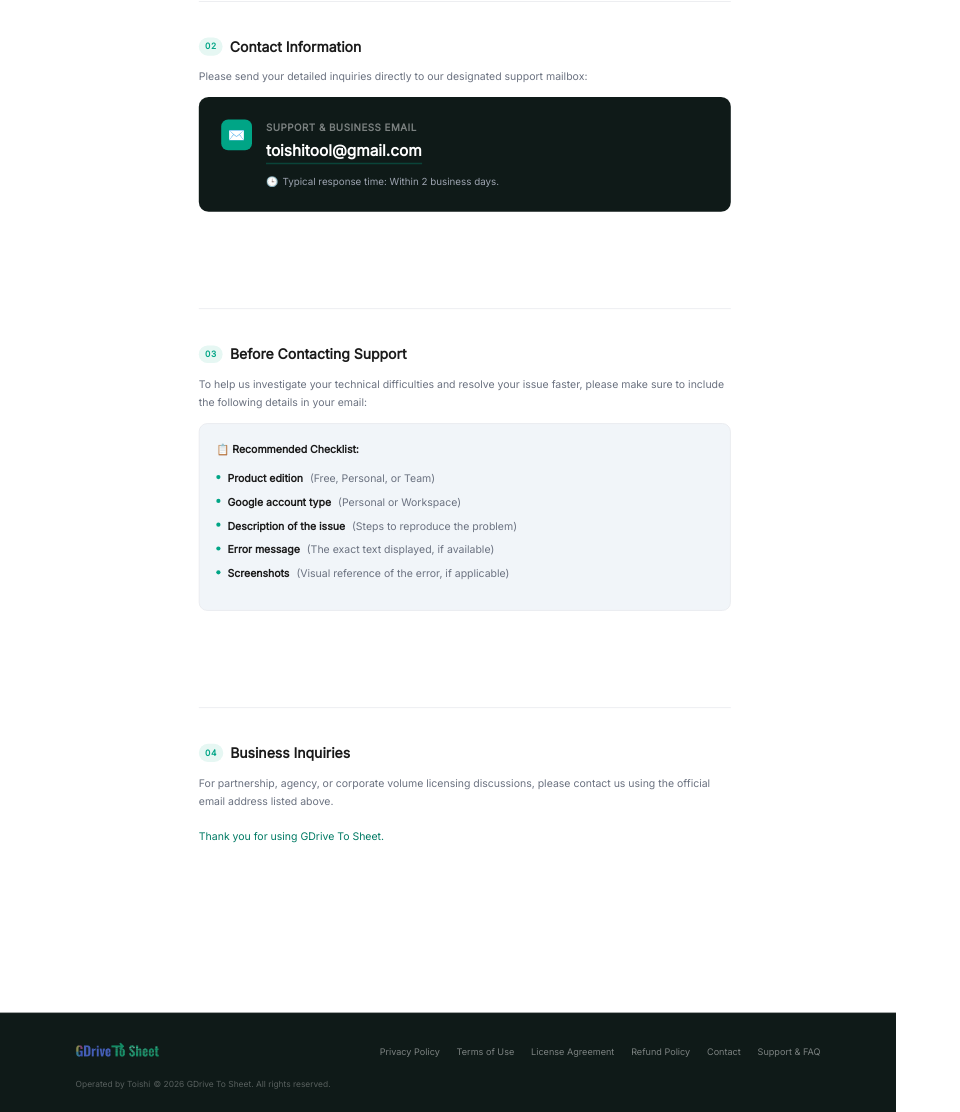
Repository: toishitool/gdrive-to-sheet
Page: contact.html
These files come from the project's save history. The page is drawn as it stood at one moment and after the next save; the edit follows.
The browser window is 1280 px wide. The page is 1372 px wide, so the pictures cover 1372 px, including what lies to the right of the window. The pictures show the part of the page from y = 841 to 2601 px (the page is 2430 px tall before and 2601 px after), at 70% of full size.

Above is the page before, as saved 2026-06-21 10:28:19.

### contact.html
<!DOCTYPE html>
<html lang="en" class="scroll-smooth">
<head>
  <meta charset="UTF-8" />
  <meta name="viewport" content="width=device-width, initial-scale=1.0" />
  <title>Contact Us – GDrive To Sheet</title>
  <meta name="description" content="Contact support for GDrive To Sheet. Get help with product features, licensing, technical issues, refunds, and business inquiries." />
  <meta name="robots" content="noindex" />
  <link rel="canonical" href="https://toishitool.github.io/gdrive-to-sheet/contact.html" />

  <link rel="preconnect" href="https://fonts.googleapis.com" />
  <link rel="preconnect" href="https://fonts.gstatic.com" crossorigin />
  <link href="https://fonts.googleapis.com/css2?family=Inter:wght=300;400;500;600;700;800&display=swap" rel="stylesheet" />

  <link rel="stylesheet" href="style.css">
</head>
<body>

<nav class="global-nav" aria-label="Main navigation">
  <div class="nav-inner">
    <a href="index.html" class="nav-logo">
      <img src="images/logo_gdrivetosheet.png" alt="GDrive To Sheet" />
    </a>
    <a href="index.html" class="nav-back">
      <svg width="14" height="14" fill="none" stroke="currentColor" stroke-width="2.5" viewBox="0 0 24 24"><polyline points="15 18 9 12 15 6"/></svg>
      Back to Home
    </a>
  </div>
</nav>

<main>
  <div class="page-wrap">

    <header class="page-header">
      <span class="eyebrow">Support &amp; Inquiry</span>
      <h1>Contact</h1>
      <div class="meta">
        <span>GDrive To Sheet</span>
        <span class="meta-dot">·</span>
        <span id="last-updated">Last updated: —</span>
      </div>
    </header>

    <div class="intro-block">
      <span class="icon">✉️</span>
      <p>Need help with <strong>GDrive To Sheet</strong>? We're happy to assist with your questions, support needs, and business inquiries.</p>
    </div>

    <div class="content-layout">

      <div class="main-content">

        <div class="contact-section" id="s1">
          <h2><span class="section-num">01</span>How We Can Help</h2>
          <p>We are always happy to provide assistance regarding the following matters:</p>
          <ul>
            <li><strong>Product questions</strong> — Feature inquiries and operational help</li>
            <li><strong>Licensing questions</strong> — Keys, upgrades, and volume choices</li>
            <li><strong>Technical support</strong> — Troubleshooting and execution error fixes</li>
            <li><strong>Refund requests</strong> — Requests aligned with our refund policy</li>
            <li><strong>Business inquiries</strong> — Partnerships, customized setups, or integrations</li>
          </ul>
        </div>
        <div class="section-divider"></div>

        <div class="contact-section" id="s2">
          <h2><span class="section-num">02</span>Contact Information</h2>
          <p>Please send your detailed inquiries directly to our designated support mailbox:</p>

          <div class="contact-card-block">
            <div class="cicon">✉️</div>
            <div>
              <h3>Support &amp; Business Email</h3>
              <a href="mailto:toishitool@gmail.com" target="_blank" class="email-link">toishitool@gmail.com</a>
              <div class="response-text">
                <span>🕒</span>
                <span>Typical response time: Within 2 business days.</span>
              </div>
            </div>
          </div>
        </div>
        <div class="section-divider"></div>

        <div class="contact-section" id="s3">
          <h2><span class="section-num">03</span>Before Contacting Support</h2>
          <p>To help us investigate your technical difficulties and resolve your issue faster, please make sure to include the following details in your email:</p>

          <div class="checklist-card">
            <p>📋 Recommended Checklist:</p>
            <ul>
              <li><strong>Product edition</strong> (Free, Personal, or Team)</li>
              <li><strong>Google account type</strong> (Personal or Workspace)</li>
              <li><strong>Description of the issue</strong> (Steps to reproduce the problem)</li>
              <li><strong>Error message</strong> (The exact text displayed, if available)</li>
              <li><strong>Screenshots</strong> (Visual reference of the error, if applicable)</li>
            </ul>
          </div>
        </div>
        <div class="section-divider"></div>

        <div class="contact-section" id="s4">
          <h2><span class="section-num">04</span>Business Inquiries</h2>
          <p>For partnership, agency, or corporate volume licensing discussions, please contact us using the official email address listed above.</p>
          <p style="margin-top: 24px; font-weight: 500; color: var(--primary-dark);">Thank you for using GDrive To Sheet.</p>
        </div>

      </div>

      <input type="checkbox" id="toc-toggle" class="toc-trigger-input" />

      <label for="toc-toggle" class="toc-trigger-btn" aria-label="Toggle contents menu">
        <svg class="icon-open" width="22" height="22" fill="none" stroke="currentColor" stroke-width="2.5" viewBox="0 0 24 24">
          <line x1="3" y1="12" x2="21" y2="12"></line>
          <line x1="3" y1="6" x2="21" y2="6"></line>
          <line x1="3" y1="18" x2="21" y2="18"></line>
        </svg>
        <svg class="icon-close" width="22" height="22" fill="none" stroke="currentColor" stroke-width="2.5" viewBox="0 0 24 24">
          <line x1="18" y1="6" x2="6" y2="18"></line>
          <line x1="6" y1="6" x2="18" y2="18"></line>
        </svg>
      </label>

      <nav class="toc" aria-label="Table of contents">
        <h3>Contents</h3>
        <ol>
          <li><a href="#s1" onclick="document.getElementById('toc-toggle').checked = false;">How We Can Help</a></li>
          <li><a href="#s2" onclick="document.getElementById('toc-toggle').checked = false;">Contact Information</a></li>
          <li><a href="#s3" onclick="document.getElementById('toc-toggle').checked = false;">Before Contacting</a></li>
          <li><a href="#s4" onclick="document.getElementById('toc-toggle').checked = false;">Business Inquiries</a></li>
        </ol>
      </nav>

    </div>
    </div>
</main>

<div id="footer-container"></div>
<script src="js/common.js"></script>


<script>
  // Auto date
  const d = new Date();
  const formatted = d.toLocaleDateString('en-US', { year: 'numeric', month: 'long', day: 'numeric' });
  document.getElementById('last-updated').textContent = 'Last updated: ' + formatted;
</script>

</body>
</html>

### footer.html
<footer role="contentinfo" style="margin-top: 0;">
  <div class="container">
    <div class="footer-inner">
      <!-- 1. ロゴ -->
      <a href="index.html" class="footer-logo">
        <img src="images/logo_gdrivetosheet_dk.png" alt="GDrive To Sheet" />
      </a>

      <div class="footer-links">
        <a href="privacy-policy.html">Privacy Policy</a>
        <a href="terms.html">Terms of Use</a>
        <a href="license.html">License Agreement</a>
        <a href="refund-policy.html">Refund Policy</a>
        <a href="contact.html">Contact</a>
        <a href="support.html">Support &amp; FAQ</a>
      </div>

      <div class="footer-bottom-text">
        <span class="footer-copy">Operated by Toishi</span>
        <span class="footer-copy">© 2026 GDrive To Sheet. All rights reserved.</span>
      </div>
    </div>
  </div>
</footer>

Loaded but not shown: js/common.js (5 lines, source omitted); style.css (2860 lines, source omitted)

After the next save:
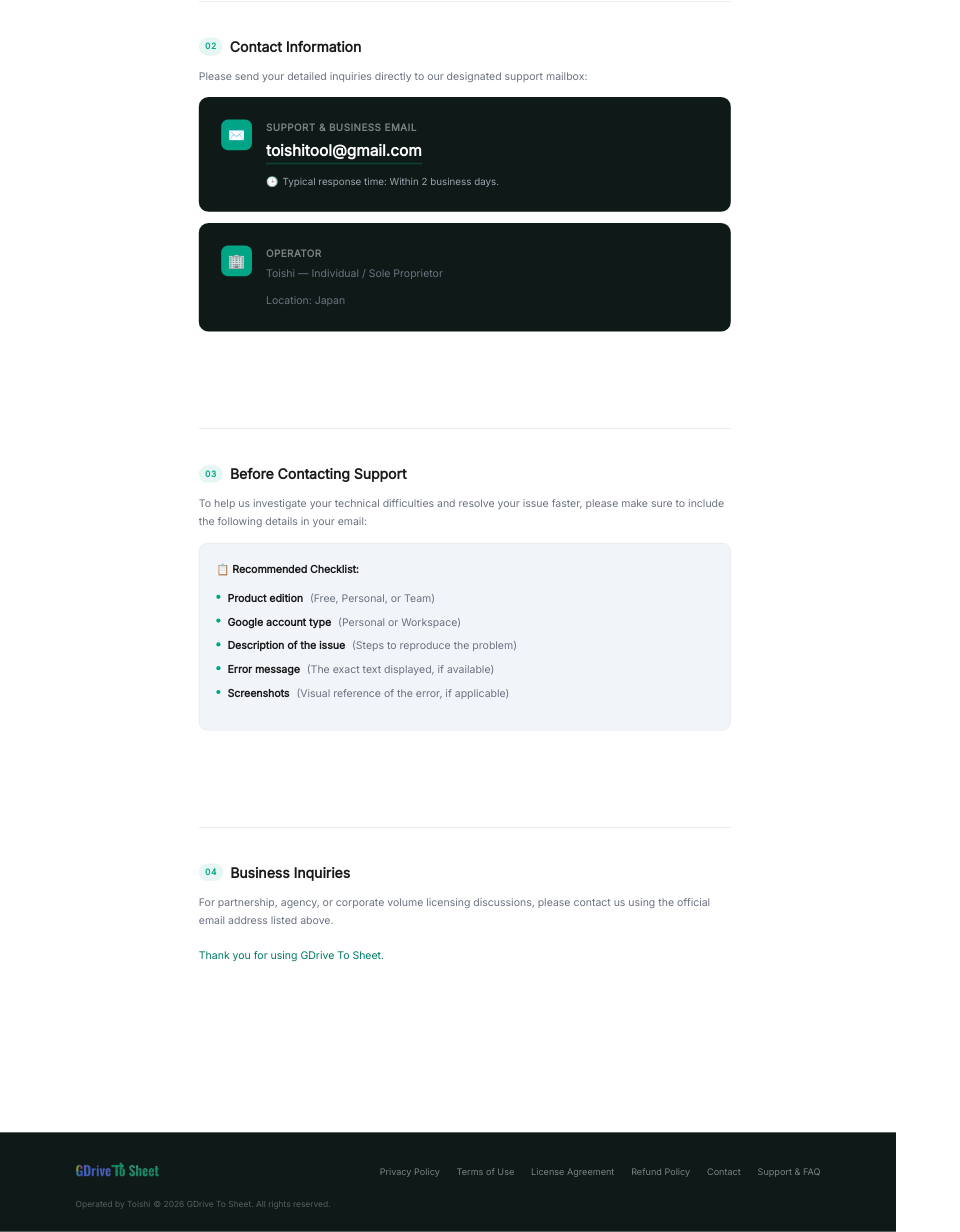
Saved 98 s later.
--- a/contact.html
+++ b/contact.html
@@ -78,7 +78,16 @@
               </div>
             </div>
           </div>
+          <div class="contact-card-block">
+            <div class="cicon">🏢</div>
+            <div>
+              <h3>Operator</h3>
+              <p>Toishi — Individual / Sole Proprietor</p>
+              <p>Location: Japan</p>
+            </div>
+          </div>
         </div>
+
         <div class="section-divider"></div>
 
         <div class="contact-section" id="s3">
